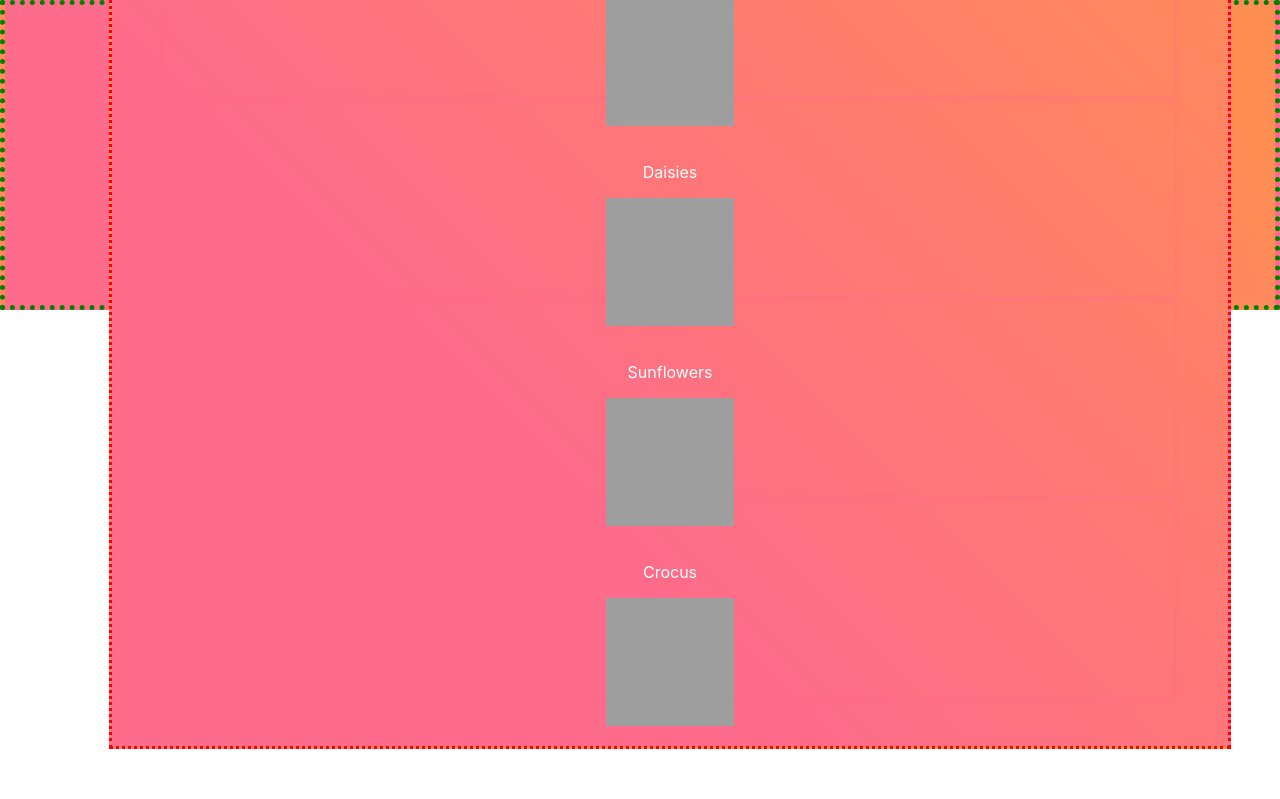
Repository: DevLuDaley/react-flower-shop
Page: /
An editor plug-in stored every save of this project. The page is shown before and after the next save, followed by the edit.
The browser window is 1280 px wide. The pictures show the whole page.
Pictures or frames that could not be fetched are drawn as grey boxes. The project was rebuilt for these pictures with package versions that can differ from the ones it lists, and the page was loaded fresh each time.

Above is the page before, as saved 2021-02-19 22:10:14.

After the next save:
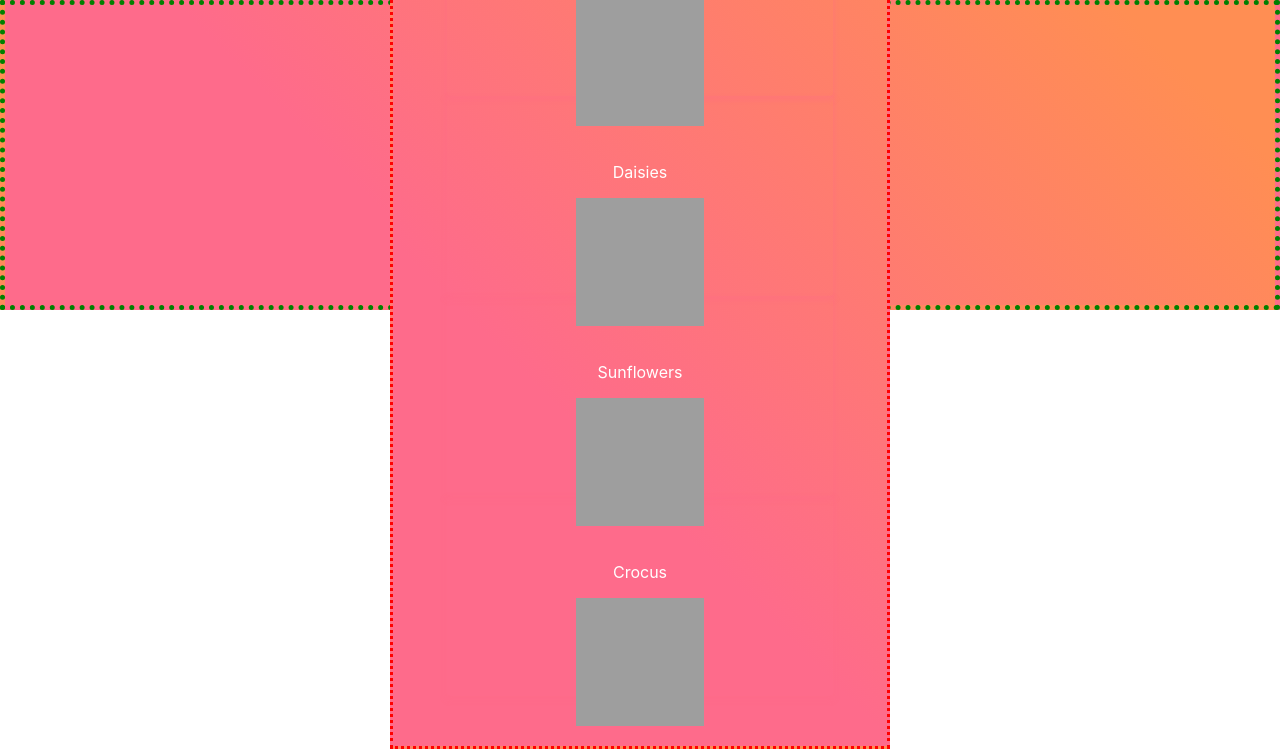
Saved 28 s later.
--- a/src/Containers/FlowersContainer.js
+++ b/src/Containers/FlowersContainer.js
@@ -15,8 +15,9 @@ const useStyles = makeStyles({
     // boxShadow: '0 3px 5px 2px rgba(255, 105, 135, .3)',
     // color: 'white',
     // height: "auto",
+    width: '500px',
     padding: '50px 30px',
-    margin: '50px 30px',
+    // margin: '50px 30px',
     // display: 'flex',
     justifyContent: 'center',
     alignItems: 'center',
